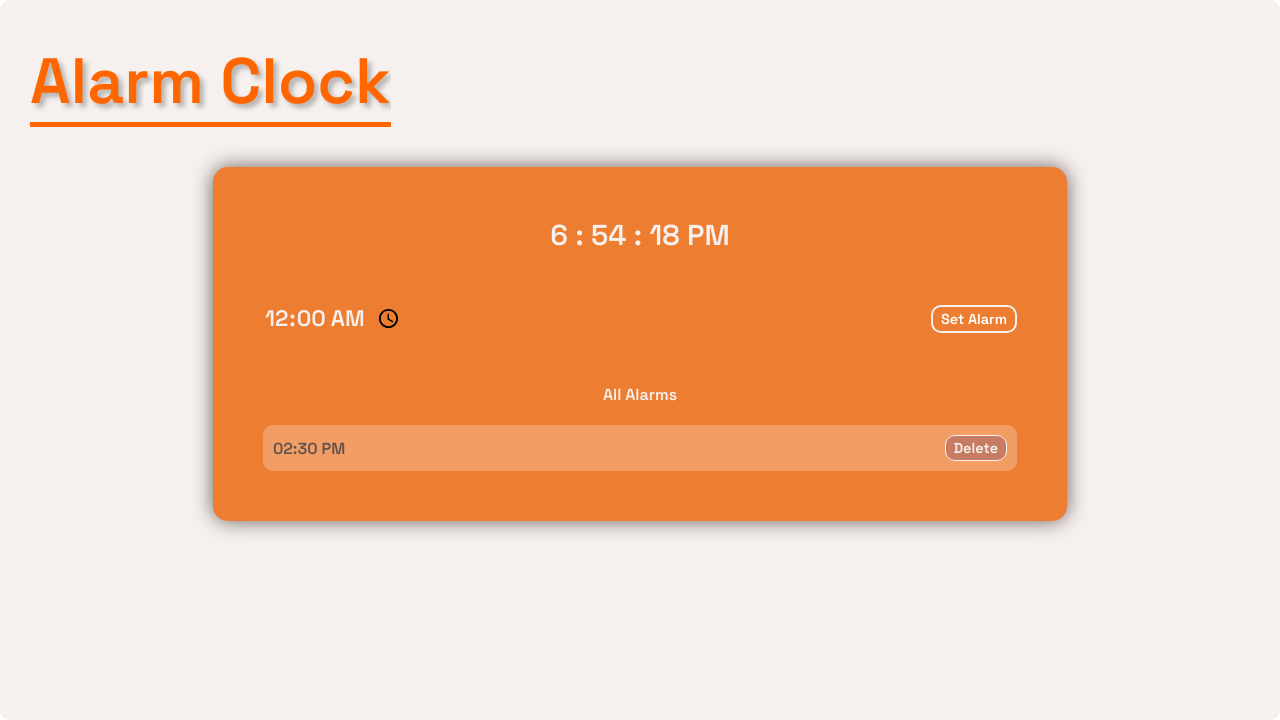
Repository: Pragya016/Alarm-Clock
Page: Index.html
An editor plug-in stored every save of this project. The page is shown before and after the next save, followed by the edit.
The browser window is 1280 px wide. The pictures show the whole page.

Above is the page before, as saved 2024-01-19 22:31:59.

### Index.html
<!DOCTYPE html>
<html lang="en">

<head>
    <meta charset="UTF-8">
    <meta name="viewport" content="width=device-width, initial-scale=1.0">
    <!-- css stylesheet -->
    <link rel="stylesheet" href="styles.css">

    <title>Alarm Clock</title>
</head>

<body>
    <div id="box">
        <h1>Alarm Clock</h1>
        <div class="container">

            <!-- showing the current time -->
            <div id="current-time">
                <h2 class="cur-time"></h2>
            </div>

            <!-- to set the alarm -->
            <div id="set-alarm">
                <h3>
                    <input type="time" class="set-time" value="00:00">
                </h3>
                <button type="button" id="set-alarm-btn">
                    Set Alarm
                </button>
            </div>

            <!-- list of alarms that are already been set -->
            <div id="all-alarms">
                <p class="heading"><b>All Alarms</b>
                </p>
                <div class="alarm">
                    <p class="preSetAlarmTime">
                        02:30 PM
                    </p>
                    <button type="button" class="dlt-alarm-btn">
                        Delete
                    </button>
                </div>
            </div>
        </div>
    </div>
    <!-- script -->
    <script src="clock.js"></script>
</body>

</html>

### styles.css
@import url('https://fonts.googleapis.com/css2?family=IBM+Plex+Mono:wght@700&family=Space+Grotesk:wght@600&display=swap');

/* default css styles */
:root {
    --creamColor : #F6F1EE;
    --orangeShadeDark : #ff6600;
    --OrangeColor : #ED7D31;
    --brownColor : #6C5F5B;
    --brownShadeDarker : #5f534f;
    --orangeShadeDarker : #ba4c28;
}

body, html{
    margin: 0;
    padding: 0;
}

*{
    box-sizing: border-box;
    margin: 0;
        font-family: 'IBM Plex Mono', monospace;
font-family: 'Space Grotesk', sans-serif;
}

/* main container */
#box{
    height: 100vh;
    padding: 30px;
    width: 100%;
    margin: auto;
    border-radius: 10px;
    background-color: var(--creamColor);
}

#box h1{
    color: var(--orangeShadeDark);
    text-align: center;
    margin-top: 10px ;
    width: fit-content;
    font: 900;
    border-bottom: 5px solid var(--orangeShadeDark);
    font-size: 4rem;
    overflow: hidden;
    text-shadow: 4px 4px 5px rgb(179, 178, 178);
}

/* ----------------------------- */

#current-time{
    font-size: 1.2rem;
}

/* ----------------------------- */

.container {
    color: var(--creamColor);
    height: auto;
    width: 70%;
    overflow: scroll;
    margin: 40px auto 0;
    padding: 50px;
    font-family: Arial, Helvetica, sans-serif;
    display: flex;
    flex-direction: column;
    /* letter-spacing: 3px; */
    align-items: center;
    border-radius: 15px;
    background-color: var(--OrangeColor);
    box-shadow: 0px 0px 20px var(--brownColor);
}

/* ----------------------------- */
/* set alarm container */

#set-alarm {
    display: flex;
    justify-content: space-between;
    width: 100%;
    margin: 50px auto 30px auto;
}

.set-time {
    border: none;
    background-color: #00000000;
    color: var(--creamColor);
}

.set-time{
    border: none;
    font-size: larger;
    font-weight: 600;
}

/* ----------------------------- */
/* all alarms container */

#all-alarms {
    margin-top: 20px;
    display: flex;
    justify-content: space-between;
    width: 100%;
    height: auto;
    flex-direction: column;
    align-items: center;
}

#all-alarms .heading {
    color: var(--creamColor);
}

.alarm{
    display: flex;
    justify-content: space-between;
    width: 100%;
    padding: 10px;
    background-color: rgba(255, 255, 255, 0.247);
    margin-top: 20px;align-items: center;
    border-radius: 10px;
}

.alarm .preSetAlarmTime {
    font-size: 1rem;
    color: var(--brownShadeDarker);
}

.dlt-alarm-btn{
    border: 1px solid var(--creamColor);;
    background-color: hsl(15, 47%, 58%);
    color: var(--creamColor);
}

.dlt-alarm-btn:hover {
    border-color:var(--orangeShadeDarker);
    background-color: #F6F1EE;
    color: var(--orangeShadeDarker);
}

/* ----------------------------- */

button {
    width: auto;
    margin: auto 0;
    border-radius: 10px;
    font: 600;
    font-size: 0.9rem;
    border: none;
     padding: 3px 8px;
    border: 2px solid #F6F1EE;;
    background-color: #ED7D31;
    cursor: pointer;
    color: white;
}

button:hover{
   color: #ce5300;
    background-color: var(--creamColor);
}

### clock.js

// selecting all the elements of html
const currentTime = document.querySelector('.cur-time');
const setNewAlarm = document.querySelector('.set-time');
const setNewAlarmBtn = document.querySelector('#set-alarm-btn');
const preSetAlarmTime = document.querySelector('.preSetAlarmTime');
const deleteBtn = document.querySelector('.dlt-alarm-btn');
const allAlarmsContainer = document.querySelector('#all-alarms');



// --------------------------------------------
// display the current time

function updateTime() {
    let currentDate = new Date();
    let hours = currentDate.getHours();
    let minutes = currentDate.getMinutes();
    let seconds = currentDate.getSeconds();

    // selecting am or pm
    var ampm = (hours >= 12) ? "PM" : "AM";

    // getting hours minutes and seconds
    hours = (hours < 10) ? "0" + hours : hours - 12;
    minutes = (minutes < 10) ? "0" + minutes : minutes;
    seconds = (seconds < 10) ? "0" + seconds : seconds;

    // setting the tet content to current time
    let currentTimeString = `${hours} : ${minutes} : ${seconds} ${ampm}`;
    currentTime.textContent = currentTimeString;
}

setInterval(updateTime, 1000);
updateTime();


// --------------------------------------------
// setting new alarm

setNewAlarmBtn.addEventListener('click', () => {
    // getting the input value
    const timeInput = setNewAlarm.value;
    let [hourVal, minVal] = timeInput.split(':');

        // console.log(minVal, hourVal)
        if (hourVal === '00') {
            hourVal = 12;
        }

        // html for newly created alarm
    const newAlarm = `
            <div class="alarm">
                <p class="preSetAlarmTime">
                    ${hourVal}:${minVal} ${hourVal >= 12 ? 'PM' : 'AM'}
                </p>
                <button type="button" class="dlt-alarm-btn">
                    Delete
                </button>
            </div>
        `;

        // inserting the html to the container
        setTimeout(() => {
            allAlarmsContainer.insertAdjacentHTML('beforeend', newAlarm);
            setNewAlarm.value = '00:00';
            startCountDown(hourVal, minVal);
        }, 300);

});

// --------------------------------------------
function startCountDown(hours, minutes) {
    // calculating seconds
    const totalMin = (hours * 60) + minutes;
    let totalSeconds = totalMin * 60;

    setTimeout(() => {
        alert('alarm ended!!')
    }, totalSeconds)
}


// --------------------------------------------
// deleting the alarm
allAlarmsContainer.addEventListener('click', (e) => {
    // checking if delete alarm btn is present or not
    if (e.target.classList.contains('dlt-alarm-btn')) {

        // finding the closest element
        const alarmElement = e.target.closest('.alarm');

        // deleting the alarm
        if (alarmElement) {
            setTimeout(() => {
                alarmElement.remove();
            }, 300);
        }
    }
});

After the next save:
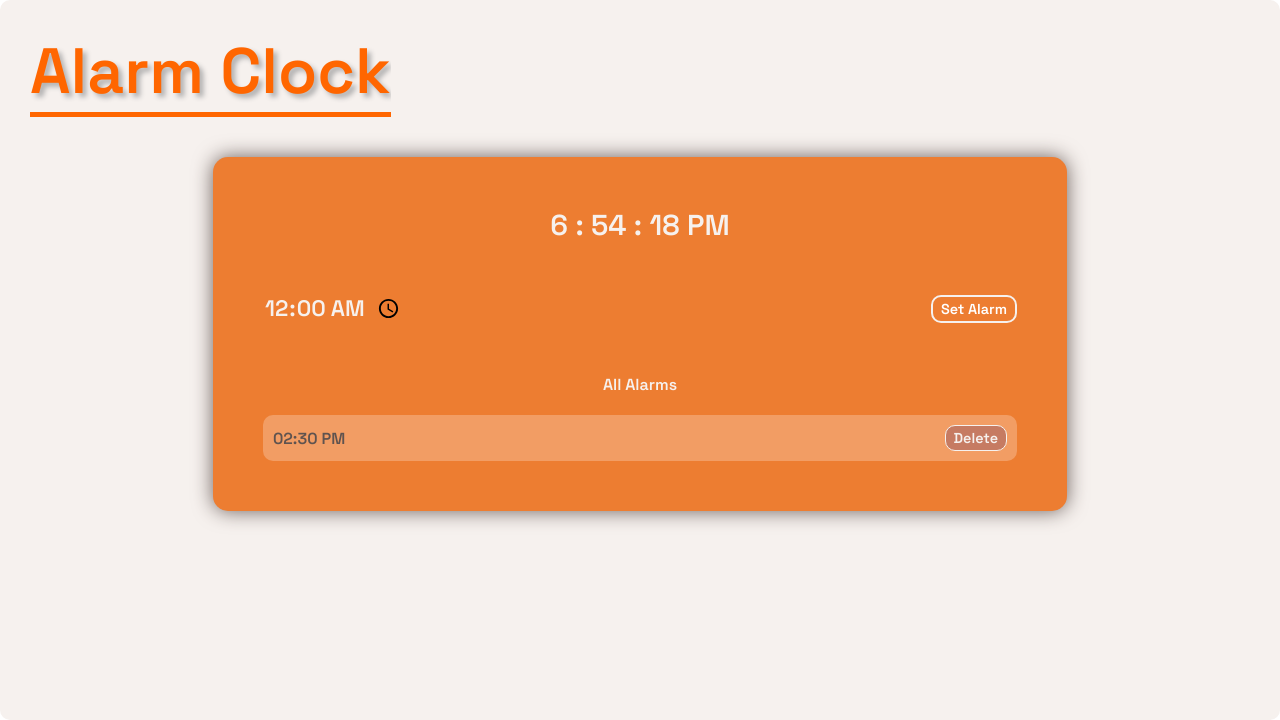
Saved 4 s later.
--- a/styles.css
+++ b/styles.css
@@ -35,7 +35,7 @@
 #box h1{
     color: var(--orangeShadeDark);
     text-align: center;
-    margin-top: 10px ;
+    margin-top: 10px auto 0;
     width: fit-content;
     font: 900;
     border-bottom: 5px solid var(--orangeShadeDark);

After the 3 saves that followed:
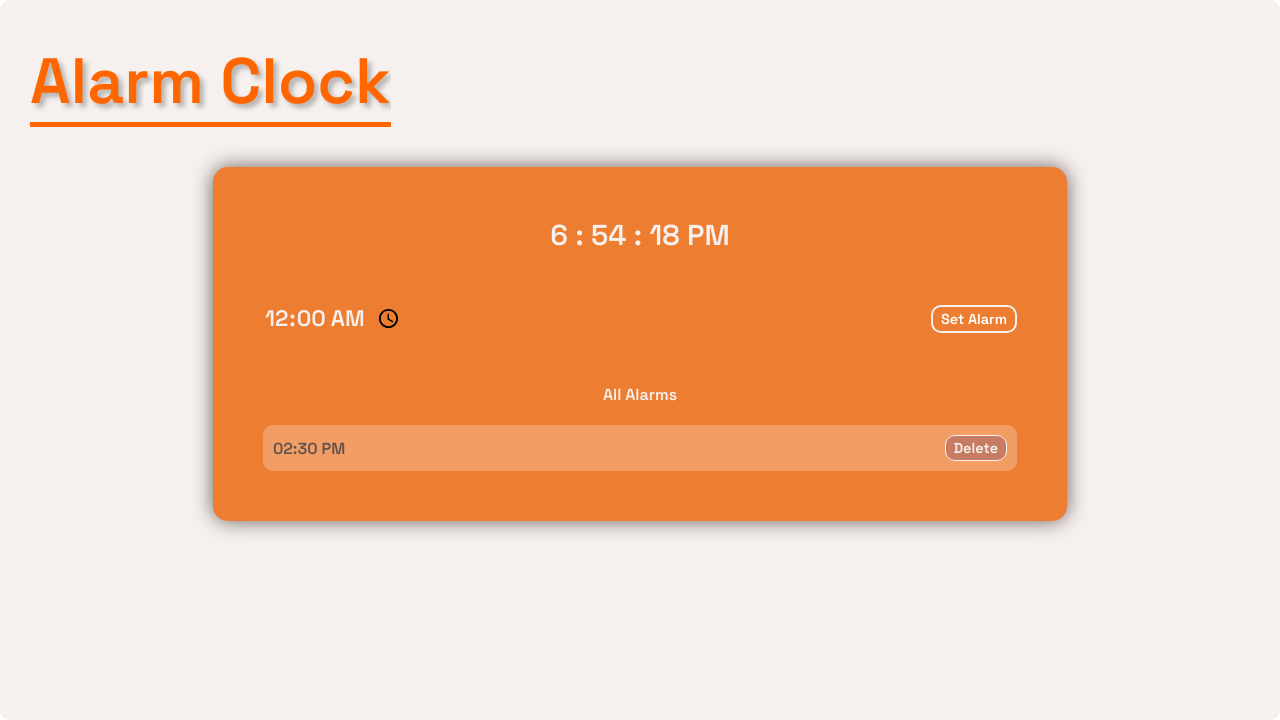
The 3 saves are shown as one change because they came seconds apart.
The last was saved 9 s later.
--- a/styles.css
+++ b/styles.css
@@ -35,7 +35,8 @@
 #box h1{
     color: var(--orangeShadeDark);
     text-align: center;
-    margin-top: 10px auto 0;
+    margin-top: 10px;
+    position: relative;
     width: fit-content;
     font: 900;
     border-bottom: 5px solid var(--orangeShadeDark);
